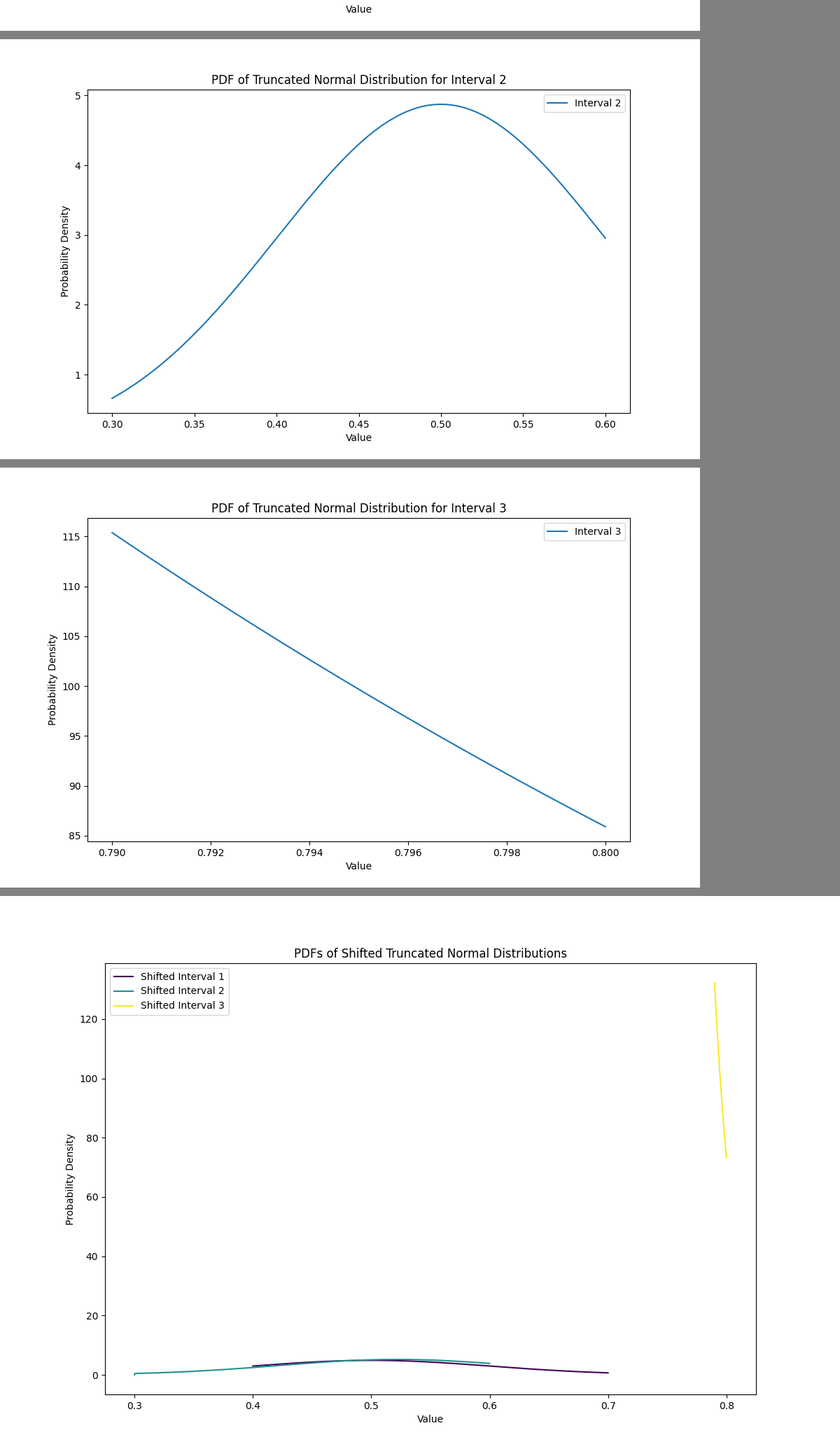
Repository: KrystofM/stealing-part-lm-supplementary-plaid
Script's output: python optimize_logit_queries/askers/some_one_over_n_copy.py
The author's editor kept a copy of each file at every save. The script's output is drawn from the files as they stood at one save, then again after the next save.
The pictures show rows 556 to 2636 of an output 2636 px tall, at 70% of full size.
Each picture stacks the figures in order, with grey between them; figures that are only written to a file come last. Random numbers start from a fixed seed.

Above is the script's output before, as saved 2024-06-20 16:00:59.

After the next save:
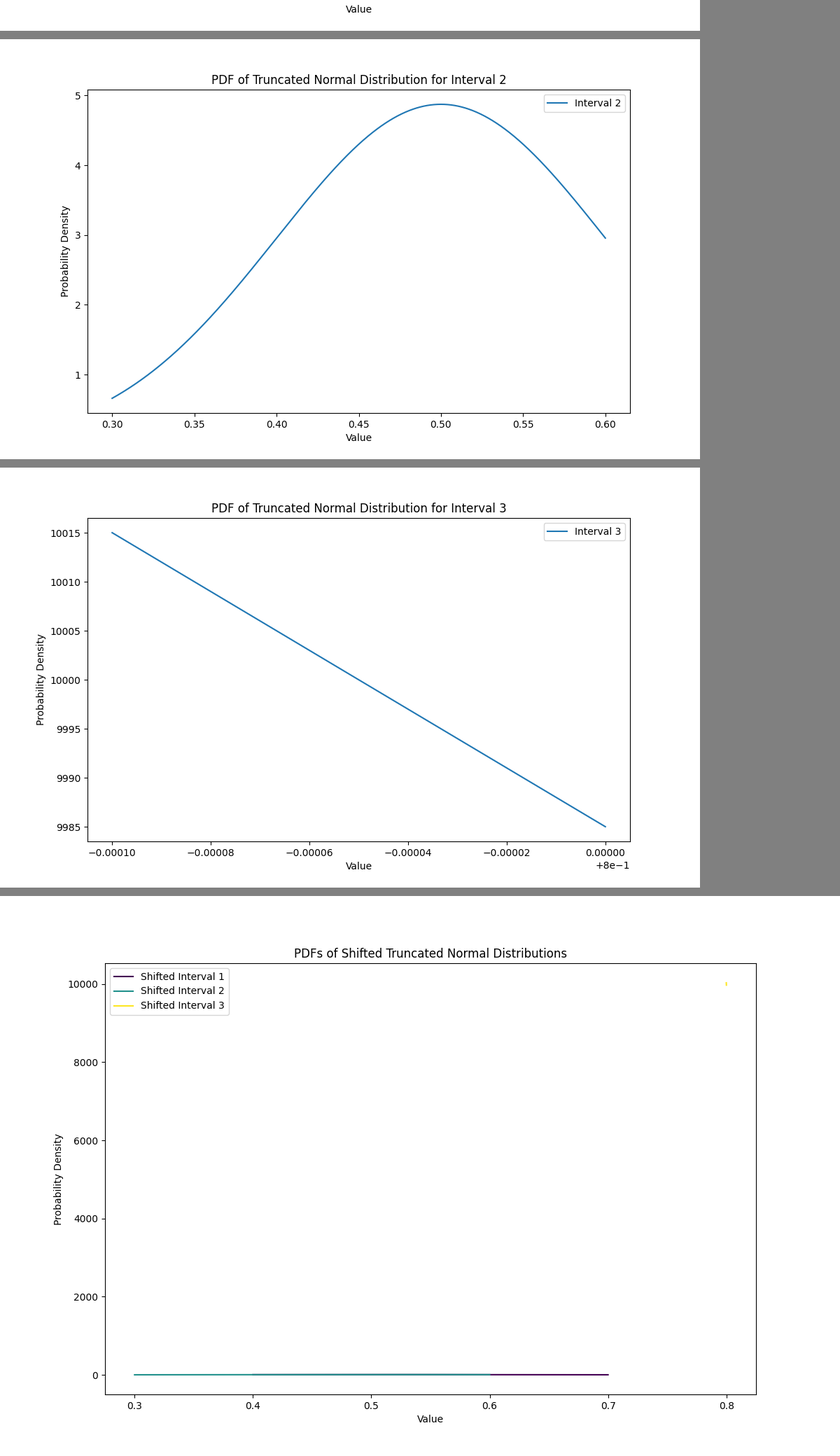
Saved 4 min 18 s later.
--- a/optimize_logit_queries/askers/some_one_over_n_copy.py
+++ b/optimize_logit_queries/askers/some_one_over_n_copy.py
@@ -45,7 +45,7 @@ def find_r_i(l_i, h_i, l_n, h_n, mu, sigma, n):
 # tolerance = 1e-3
 mu = 0.5
 sigma = 0.1
-low = [0.4, 0.3, 0.79]
+low = [0.4, 0.3, 0.7999]
 high = [0.7, 0.6, 0.8]
 # low = [0.3, 0.8, 0.999]
 # high = [0.4, 0.9, 1]
